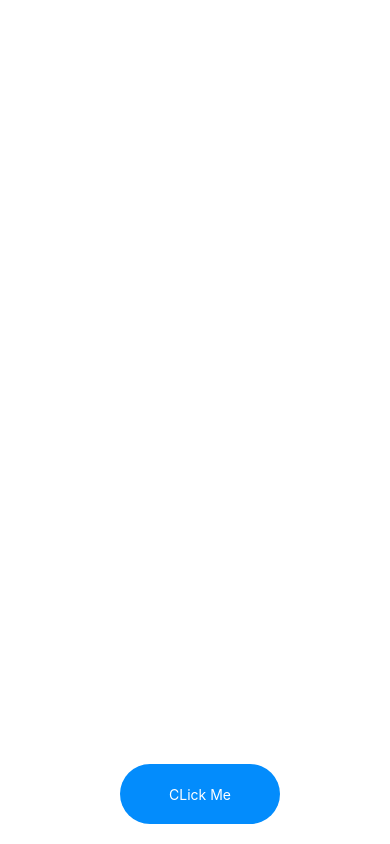
Repository: CodeBunny786/React-Native-Reveal-Animation
Screen: /
An editor plug-in stored every save of this project. The screen is shown before and after the next save, followed by the edit.
The app was drawn by React Native's web renderer in a window 390 px wide. The project was rebuilt for these pictures with package versions that can differ from the ones it lists, and the page was loaded fresh each time.

Above is the screen before, as saved 2019-10-28 11:59:45.

### App.js
import React, { Component } from "react";
import { StyleSheet, View, Animated, Text, TouchableWithoutFeedback } from "react-native";

// import { MaterialCommunityIcons as Icon } from "@expo/vector-icons";

export default class animations extends Component {
  state = {
    animation: new Animated.Value(0),
  };
  toggleOpen = () => {
    if (this._open) {
      Animated.timing(this.state.animation, {
        toValue: 0,
        duration: 800,
      }).start();
    } else {
      Animated.timing(this.state.animation, {
        toValue: 1,
        duration: 800,
      }).start();
    }
    this._open = !this._open;
  };
  render() {
    const scaleInterpolate = this.state.animation.interpolate({
      inputRange: [0, 1],
      outputRange: [0, 30],
    });

    const bgStyle = {
      transform: [
        {
          scale: scaleInterpolate,
        },
      ],
    };
    return (
      <View style={styles.container}>
        <Animated.View style={[styles.background, bgStyle]} >

        </Animated.View>

        <TouchableWithoutFeedback onPress={this.toggleOpen}>
          <View style={[styles.button, styles.pay]}>

            <Text style={styles.payText}>CLick Me</Text>
          </View>
        </TouchableWithoutFeedback>
      </View>
    );
  }
}

const styles = StyleSheet.create({
  container: {
    flex: 1,
  },
  background: {
    backgroundColor: "#038cfc",
    position: "absolute",
    width: 60,
    height: 60,
    bottom: 20,
     right: 20,
     left:20,
    borderRadius: 30,
  },
  button: {
    width: 160,
    height: 60,
    alignItems: "center",
    justifyContent: "center",
    shadowColor: "blue",
    shadowOpacity: .2,
    shadowOffset: { x: 2, y: 0 },
    shadowRadius: 12,
    borderRadius: 30,
    position: "absolute",
    bottom: 20,
    // right: 20,
    right: 20,
     left:120,
  },
  other: {
    backgroundColor: "#FFF",
  },
  payText: {
    color: "#FFF",
  },
  pay: {
    backgroundColor: "#038cfc",
  },
  label: {
    color: "#FFF",
    position: "absolute",
    fontSize: 18,
    backgroundColor: "transparent",
  },
});

After the next save:
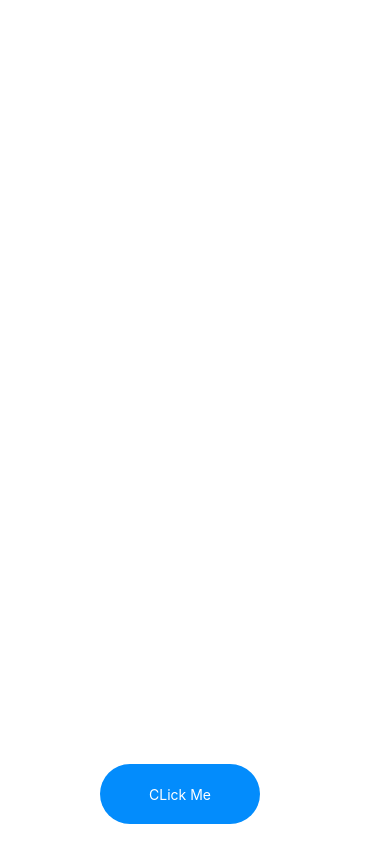
Saved 7 s later.
--- a/App.js
+++ b/App.js
@@ -79,7 +79,7 @@ const styles = StyleSheet.create({
     bottom: 20,
     // right: 20,
     right: 20,
-     left:120,
+     left:100,
   },
   other: {
     backgroundColor: "#FFF",
